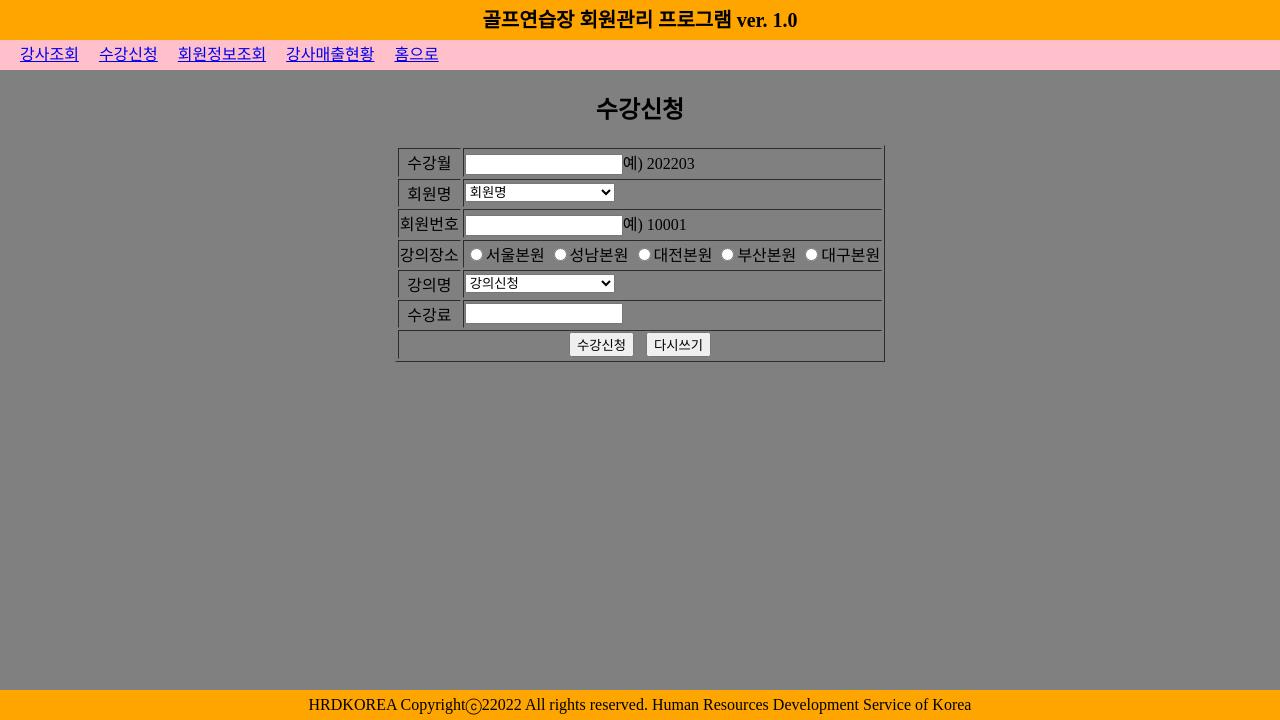
Repository: leesuyeon116/HRD_3
Page: http://localhost/HRD_0505/insert.jsp
An editor plug-in stored every save of this project. The page is shown before and after the next save, followed by the edit.
The browser window is 1280 px wide. The pictures show the whole page.
The page is served by Tomcat 9.

Above is the page before, as saved 2024-05-05 16:51:27.

After the next save:
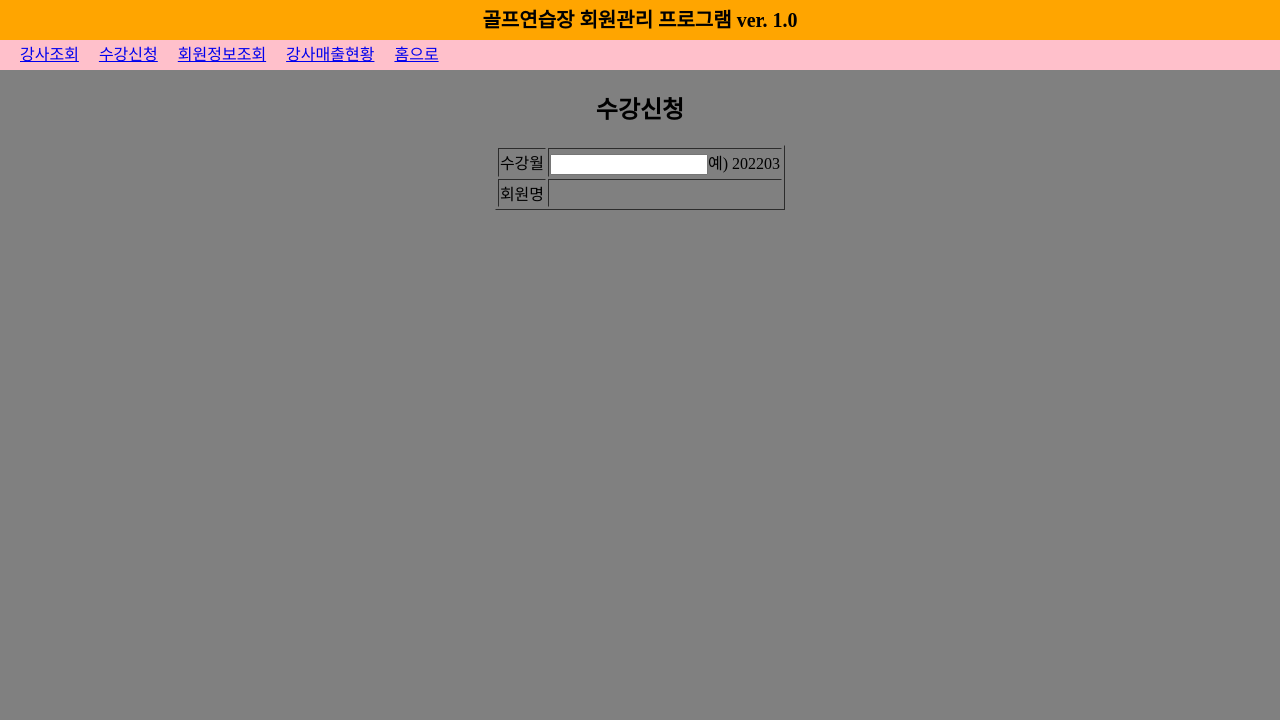
Saved 3 min 36 s later.
--- a/workspace/HRD_0505/src/main/webapp/insert.jsp
+++ b/workspace/HRD_0505/src/main/webapp/insert.jsp
@@ -21,7 +21,8 @@
 			<tr>
 				<td style="text-align: center">회원명</td>
 					<td>
-						<select name="c_name" style="width: 150px">
+						<!-- 셀렉트박스 목록(옵션)을 선택하면 함수호출 -onchange="함수명()"->
+						<select name="c_name" style="width: 150px" onchange="add()">
 							<option value="">회원명</option>
 							<option value="10001">홍길동</option>
 							<option value="10002">장발장</option>

After the save that followed:
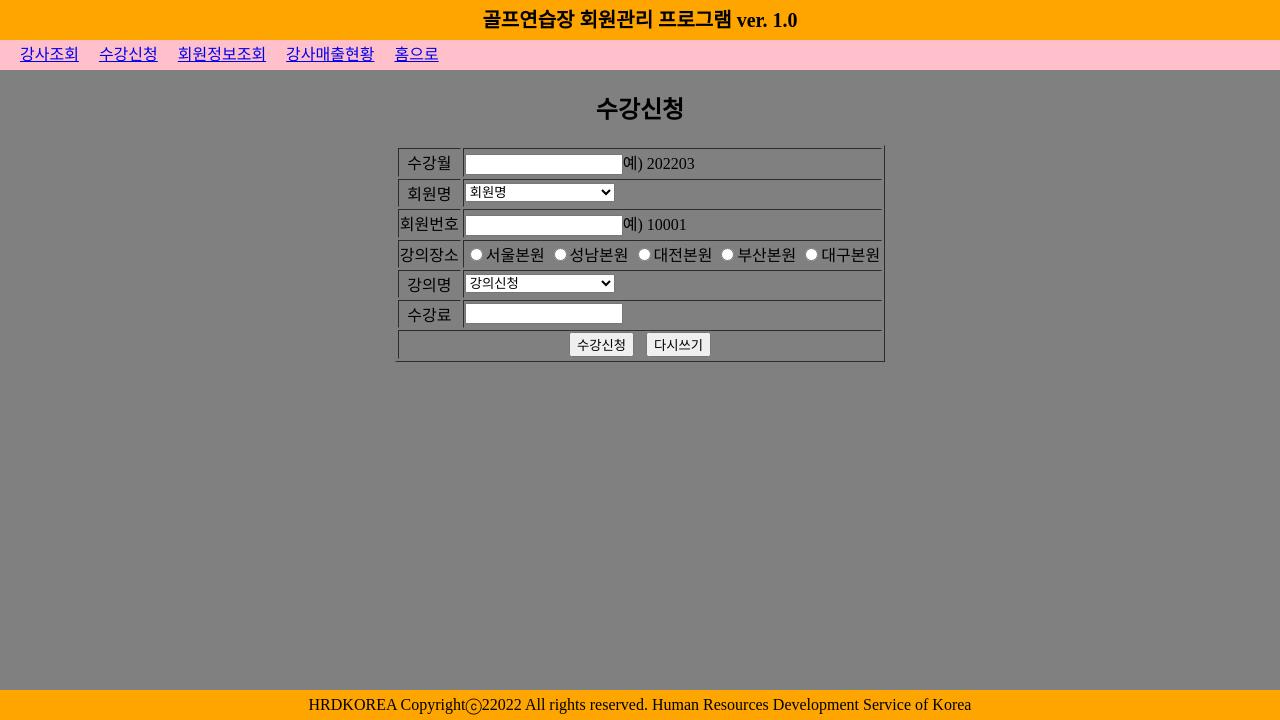
Saved 49 s later.
--- a/workspace/HRD_0505/src/main/webapp/insert.jsp
+++ b/workspace/HRD_0505/src/main/webapp/insert.jsp
@@ -21,7 +21,7 @@
 			<tr>
 				<td style="text-align: center">회원명</td>
 					<td>
-						<!-- 셀렉트박스 목록(옵션)을 선택하면 함수호출 -onchange="함수명()"->
+						<!-- 셀렉트박스 목록(옵션)을 선택하면 함수호출 onchange="함수명()" -->
 						<select name="c_name" style="width: 150px" onchange="add()">
 							<option value="">회원명</option>
 							<option value="10001">홍길동</option>
